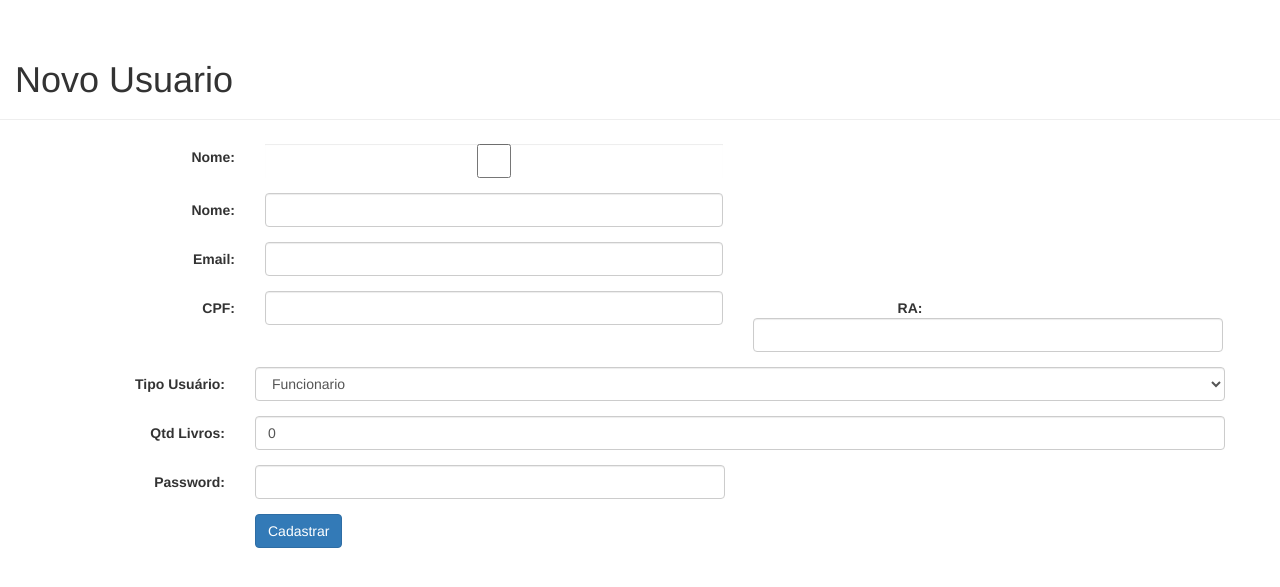
Repository: stefanyco/biblioteca
Page: http://localhost/Biblioteca/usuarioAdicionar.jsp
An editor plug-in stored every save of this project. The page is shown before and after the next save, followed by the edit.
The browser window is 1280 px wide. The pictures show the whole page.
The page is served by Tomcat 9. Other server files are loaded and not shown.

Above is the page before, as saved 2016-11-06 22:14:34.

### Sistema Biblioteca/Biblioteca/WebContent/usuarioAdicionar.jsp
<%@ page language="java" contentType="text/html; charset=ISO-8859-1"
	pageEncoding="ISO-8859-1"%>
<!DOCTYPE html PUBLIC "-//W3C//DTD HTML 4.01 Transitional//EN" "http://www.w3.org/TR/html4/loose.dtd">
<html>
<head>
<meta http-equiv="Content-Type" content="text/html; charset=ISO-8859-1">
<link href="bootstrap.min.css" rel="stylesheet">
<title>*** Novo Usuario ***</title>
</head>
<body>
	<div class="page-header col-md-12">
		<h1>Novo Usuario</h1>
	</div>
	<div class="container">
		<div class="row">
			<div class="col-xs-12">
				<form action="usuario?acao=cadastrar" class="form-horizontal" method="post">
					<div class="form-group">
						<label for="ativo" class="col-xs-2 control-label">Nome:</label>
						<div class="col-xs-5">
							<input type="checkbox" class="form-control" name="ativo" required maxlength="50">
						</div>
					</div>
					<div class="form-group">
						<label for="nome" class="col-xs-2 control-label">Nome:</label>
						<div class="col-xs-5">
							<input type="text" class="form-control" name="nome" required maxlength="50">
						</div>
					</div>
					<div class="form-group">
						<label for="email" class="col-xs-2 control-label">Email:</label>
						<div class="col-xs-5">
							<input type="text" class="form-control" name="email" required maxlength="50">
						</div>
					</div>
					<div class="form-group">
						<label for="cpf" class="col-xs-2 control-label">CPF:</label>
						<div class="col-xs-5">
							<input type="text" class="form-control" name="cpf" required maxlength="50">
					</div>
					<div class="form-group">
						<label for="ra" class="col-xs-2 control-label">RA:</label>
						<div class="col-xs-5">
							<input type="text" class="form-control" name="ra" required maxlength="50">
						</div>
					</div>
					<div class="form-group">
							<label class="col-xs-2 control-label">Tipo Usuário:</label>
							<div class="col-xs-10">
								<select class="form-control" name="tipoUsuario">
									<option value="Funcionario">Funcionario</option>
									<option value="Aluno">Aluno</option>
									<option value="Professor">Professor</option>
								</select>
							</div>
					</div>
					<div class="form-group">
							<label for="qtd" class="col-xs-2 control-label" >Qtd Livros:</label>
							<div class="col-xs-10">
								<input value="0" class="form-control" name="qtd" id="Qtd">
							</div>
					</div>
					<div class="form-group">
						<label for="nome" class="col-xs-2 control-label">Password:</label>
						<div class="col-xs-5">
							<input type="password" class="form-control" name="nome" required maxlength="50">
						</div>
					</div>
					<div class="form-group">
						<div class="col-xs-offset-2 col-xs-10">
							<button type="submit" class="btn btn-primary">Cadastrar</button>
						</div>
					</div>
				</form>
			</div>
		</div>
	</div>
</body>
</html>

Loaded but not shown: Sistema Biblioteca/Biblioteca/WebContent/bootstrap.min.css (library)

After the next save:
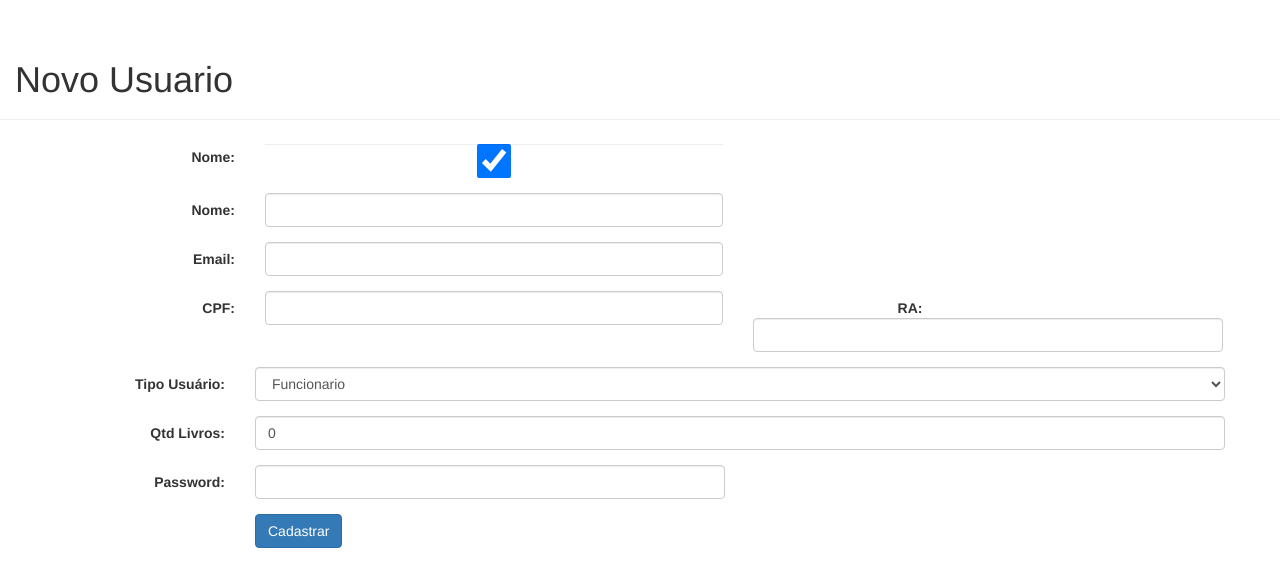
Saved 8 s later.
--- a/Sistema Biblioteca/Biblioteca/WebContent/usuarioAdicionar.jsp
+++ b/Sistema Biblioteca/Biblioteca/WebContent/usuarioAdicionar.jsp
@@ -18,7 +18,7 @@
 					<div class="form-group">
 						<label for="ativo" class="col-xs-2 control-label">Nome:</label>
 						<div class="col-xs-5">
-							<input type="checkbox" class="form-control" name="ativo" required maxlength="50">
+							<input type="checkbox" checked="true" class="form-control" name="ativo" required maxlength="50">
 						</div>
 					</div>
 					<div class="form-group">
